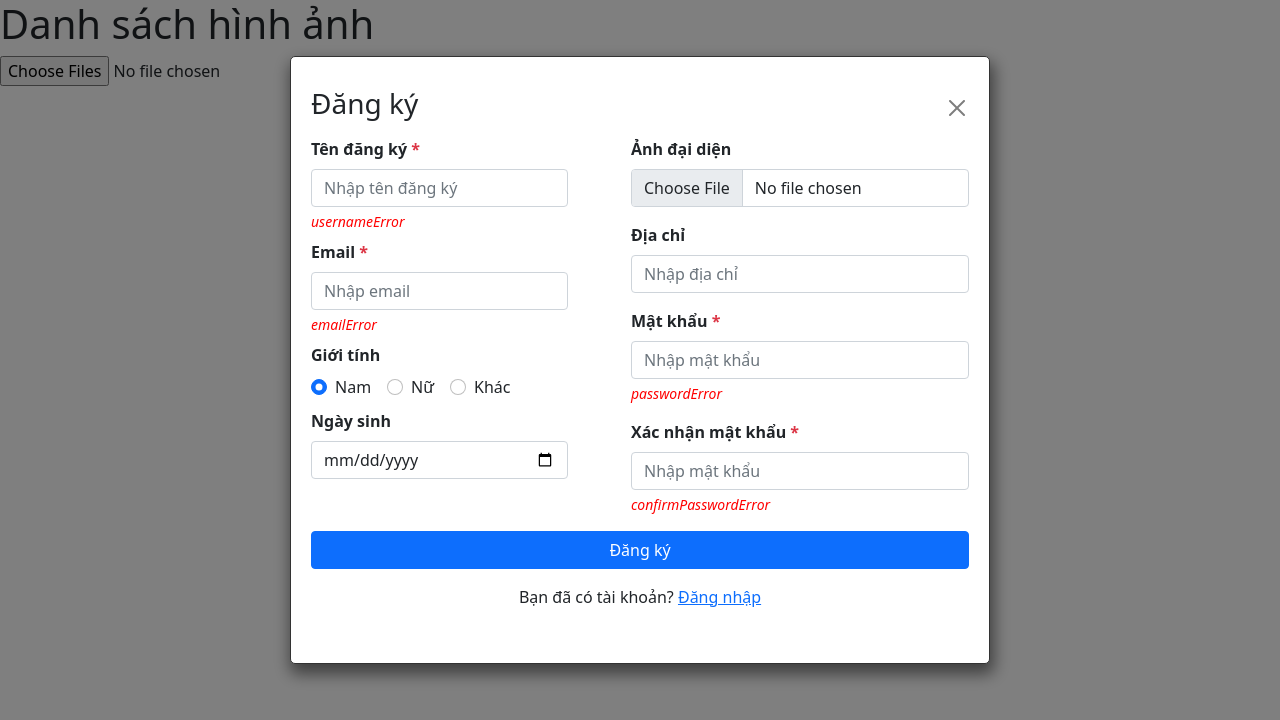
Repository: TinhTT336/MD02_Session14
Page: / (app in client/)
An editor plug-in stored every save of this project. The page is shown before and after the next save, followed by the edit.
The browser window is 1280 px wide. The pictures show the whole page.
The page's requests for data from a server got no answer. The project was rebuilt for these pictures with package versions that can differ from the ones it lists, and the page was loaded fresh each time. No one was signed in, and anything a server would have sent is missing. Also part of the build but not shown: client/vite.config.js, client/src/index.css.

Above is the page before, as saved 2023-09-14 10:32:14.

After the next save:
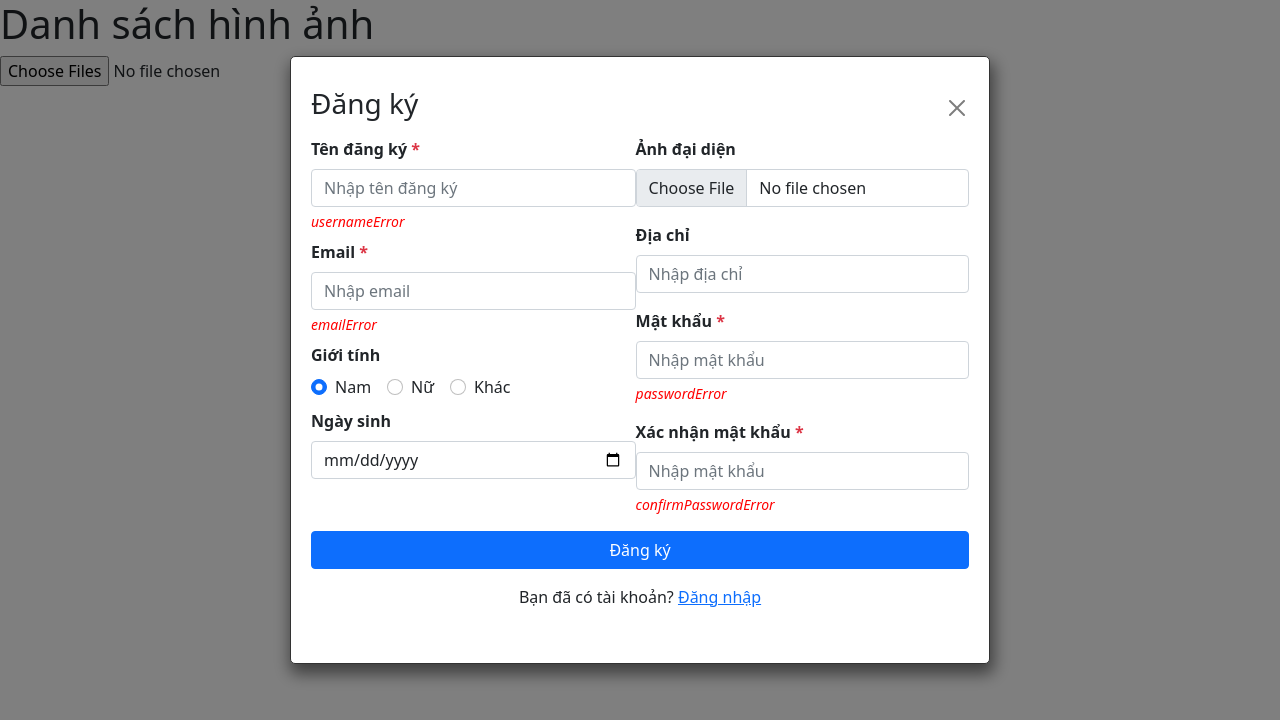
Saved 116 s later.
--- a/client/src/components/register/Register.jsx
+++ b/client/src/components/register/Register.jsx
@@ -28,7 +28,7 @@
                         <div className='btn btn-close'></div>
                     </div>
                     <div className='d-flex  justify-content-between'>
-                        <div>
+                        <div className='w-50'>
                             <div className='form-group mb-2'>
                                 <label className='form-label' htmlFor="user_name">Tên đăng ký <span className="text-danger">*</span></label>
                                 <input className="form-control" type="text" name="user_name" id="user_name" placeholder='Nhập tên đăng ký'

After the 2 saves that followed:
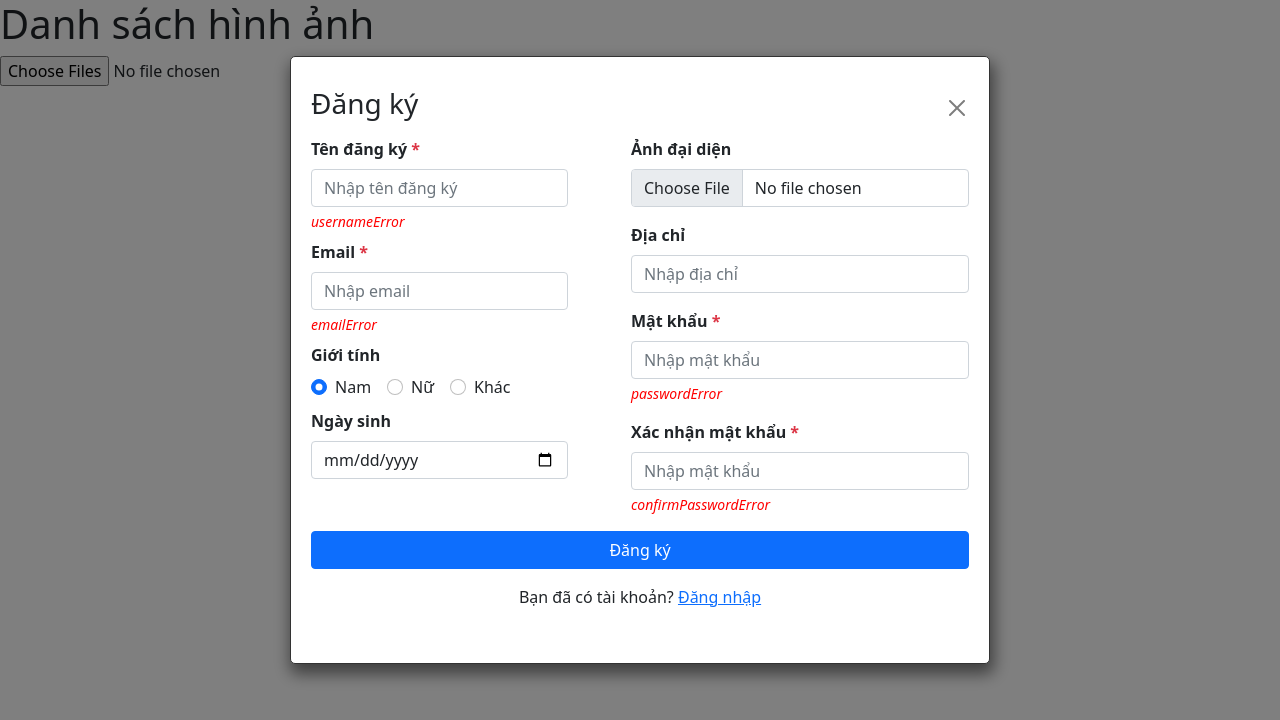
The 2 saves are shown as one change because 1 left the picture as it was.
The last was saved 97 s later.
--- a/client/src/components/register/Register.jsx
+++ b/client/src/components/register/Register.jsx
@@ -27,8 +27,8 @@
                         <h3>Đăng ký</h3>
                         <div className='btn btn-close'></div>
                     </div>
-                    <div className='d-flex  justify-content-between'>
-                        <div className='w-50'>
+                    <div className='d-flex justify-content-between gap-10'>
+                        <div className='w-48 '>
                             <div className='form-group mb-2'>
                                 <label className='form-label' htmlFor="user_name">Tên đăng ký <span className="text-danger">*</span></label>
                                 <input className="form-control" type="text" name="user_name" id="user_name" placeholder='Nhập tên đăng ký'
